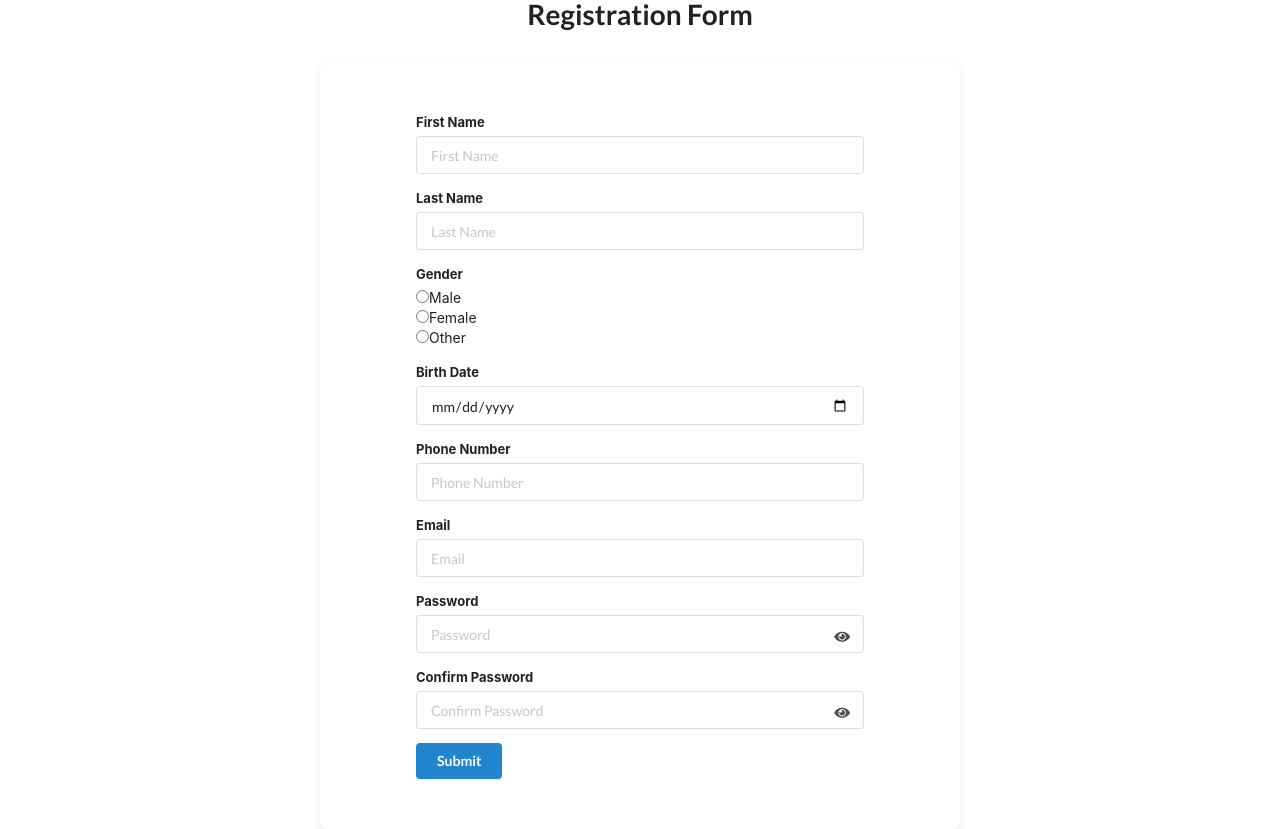
Repository: Wahid137/registration-form
Page: /
These files come from the project's save history. The page is drawn as it stood at one moment and after the next save; the edit follows.
The browser window is 1280 px wide. The pictures show the whole page.
The project was rebuilt for these pictures with package versions that can differ from the ones it lists, and the page was loaded fresh each time. Also part of the build but not shown: src/App.css.

Above is the page before, as saved 2024-05-01 14:07:39.

### src/index.js
import React from 'react';
import ReactDOM from 'react-dom/client';
import 'semantic-ui-css/semantic.min.css';
import App from './App';
import './index.css';
import reportWebVitals from './reportWebVitals';

const root = ReactDOM.createRoot(document.getElementById('root'));
root.render(
  <React.StrictMode>
    <App />
  </React.StrictMode>
);

// If you want to start measuring performance in your app, pass a function
// to log results (for example: reportWebVitals(console.log))
// or send to an analytics endpoint. Learn more: https://bit.ly/CRA-vitals
reportWebVitals();

### src/App.js
import { Header } from 'semantic-ui-react';
import './App.css';
import Register from './components/Register';

function App() {
  return (
    <div className="App">
      <Header as='h1' textAlign='center'>
        Registration Form
      </Header>
      <Register />
    </div>
  );
}

export default App;

### src/components/Register.js
import Joi from "joi";
import moment from "moment";
import React, { useState } from "react";
import { useForm } from "react-hook-form";
import { Button, Container, Form, FormField, Icon } from "semantic-ui-react";

const Register = () => {
    const [showPassword, setShowPassword] = useState(false); // State to toggle password visibility
    const [showConfirmPassword, setShowConfirmPassword] = useState(false); // State to toggle confirm password visibility
    const togglePasswordVisibility = () => setShowPassword(!showPassword);
    const toggleConfirmPasswordVisibility = () => setShowConfirmPassword(!showConfirmPassword);

    // Initialize React Hook Form
    const { register, handleSubmit, formState: { errors }, reset, watch } = useForm();
    const password = watch("password", "");

    // State to hold errors
    const [formErrors, setFormErrors] = useState({});

    // Calculate the minimum birth date (18 years ago from today)
    const minBirthDate = moment().subtract(18, "years").format("YYYY-MM-DD");
    const nameRegex = /^[A-Za-z\s]+$/;
    const phoneRegex = /^[0-9]{10}$/;
    const passwordRegex = /^(?=.*[a-z])(?=.*[A-Z])(?=.*\d)[a-zA-Z\d]{3,30}$/;

    // Joi schema for validation
    const schema = Joi.object({
        firstName: Joi.string().min(2).max(20).pattern(nameRegex).required().messages({
            "string.base": "First name must be a string",
            "string.empty": "Please enter your first name",
            "string.min": "First name must have at least {#limit} characters",
            "string.max": "First name cannot exceed {#limit} characters",
            "string.pattern.base": "First name must contain only alphabets and spaces",
            "any.required": "First name is required",
        }),
        lastName: Joi.string().min(2).max(20).pattern(nameRegex).required().messages({
            "string.base": "Last name must be a string",
            "string.empty": "Please enter your last name",
            "string.min": "Last name must have at least {#limit} characters",
            "string.max": "Last name cannot exceed {#limit} characters",
            "string.pattern.base": "Last name must contain only alphabets and spaces",
            "any.required": "Last name is required",
        }),
        gender: Joi.string().valid('male', 'female', 'other').required().messages({
            "any.required": "Gender is required",
            "any.only": "Please select a valid gender",
        }),
        birthDate: Joi.date()
            .max(minBirthDate) // Set the maximum allowed birth date
            .required()
            .messages({
                "date.base": "Please enter a valid date",
                "date.max": "You must be at least 18 years old",
                "any.required": "Birth date is required",
            }),
        phoneNumber: Joi.string().pattern(phoneRegex).required().messages({
            "string.base": "Phone number must be a string",
            "string.empty": "Please enter your phone number",
            "string.pattern.base": "Phone number must be exactly 10 digits",
            "any.required": "Phone number is required",
        }),
        email: Joi.string().email({ tlds: { allow: false } }).required().messages({
            "string.base": "Email must be a string",
            "string.empty": "Please enter your email",
            "string.email": "Please enter a valid email address",
            "any.required": "Email is required",
        }),
        password: Joi.string().pattern(passwordRegex).required().messages({
            "string.base": "Password must be a string",
            "string.empty": "Please enter your password",
            "string.pattern.base": "Password must be 3 to 30 characters long and contain at least one lowercase letter, one uppercase letter, and one digit",
            "any.required": "Password is required",
        }),
        confirmPassword: Joi.string().valid(password).required().messages({
            "any.required": "Confirm password is required",
            "any.only": "Passwords do not match",

        }),
    });

    const getPasswordErrorMessage = (value) => {
        if (value.length < 3 || value.length > 30) {
            return "Password must be 3 to 30 characters long";
        }
        if (!/[a-z]/.test(value)) {
            return "Password must contain at least one lowercase letter";
        }
        if (!/[A-Z]/.test(value)) {
            return "Password must contain at least one uppercase letter";
        }
        if (!/[0-9]/.test(value)) {
            return "Password must contain at least one digit";
        }
        return "";
    };

    const onSubmit = (data) => {
        // Validate using Joi schema
        const { error } = schema.validate(data, { abortEarly: false });
        if (error) {
            const errorMessage = {};
            error.details.forEach((detail) => {
                errorMessage[detail.path[0]] = detail.message;
            });
            // Additional password validation based on input
            if (data.password) {
                errorMessage.password = getPasswordErrorMessage(data.password);
            }
            setFormErrors(errorMessage); // Set errors in component state
            return; // Exit early if there are errors
        }
        console.log(data);
        reset(); // Reset the form after successful submission
        setFormErrors({}); // Clear all errors after successful submission
    };

    return (
        <Container
            style={{
                marginTop: "30px",
                display: "flex",
                width: "50%",
                justifyContent: "center",
                paddingTop: "50px",
                paddingBottom: "50px",
                boxShadow: "0 4px 8px rgba(0,0,0,0.1)", // Add shadow effect
                borderRadius: "8px", // Add border radius for rounded corners
            }}
        >
            <Form style={{ width: "70%" }} onSubmit={handleSubmit(onSubmit)}>
                <div style={{ marginBottom: "1rem" }}>
                    <FormField error={formErrors.firstName !== undefined}>
                        <label>First Name</label>
                        <input
                            placeholder="First Name"
                            {...register("firstName")}
                            className={formErrors.firstName ? "error" : ""}
                        />
                        {formErrors.firstName && (
                            <div className="ui pointing red basic label">
                                {formErrors.firstName}
                            </div>
                        )}
                    </FormField>
                </div>
                <div style={{ marginBottom: "1rem" }}>
                    <FormField error={formErrors.lastName !== undefined}>
                        <label>Last Name</label>
                        <input
                            placeholder="Last Name"
                            {...register("lastName")}
                            className={formErrors.lastName ? "error" : ""}
                        />
                        {formErrors.lastName && (
                            <div className="ui pointing red basic label">
                                {formErrors.lastName}
                            </div>
                        )}
                    </FormField>
                </div>
                <div style={{ marginBottom: "1rem" }}>
                    <FormField>
                        <label>Gender</label>
                        <div>
                            <input type="radio" id="male" {...register("gender")} value="male" />
                            <label htmlFor="male">Male</label>
                        </div>
                        <div>
                            <input type="radio" id="female" {...register("gender")} value="female" />
                            <label htmlFor="female">Female</label>
                        </div>
                        <div>
                            <input type="radio" id="other" {...register("gender")} value="other" />
                            <label htmlFor="other">Other</label>
                        </div>
                        {formErrors.gender && (
                            <div className="ui pointing red basic label">
                                {formErrors.gender}
                            </div>
                        )}
                    </FormField>
                </div>
                <div style={{ marginBottom: "1rem" }}>
                    <FormField error={formErrors.birthDate !== undefined}>
                        <label>Birth Date</label>
                        <input
                            type="date"
                            name="birthDate"
                            {...register("birthDate")}
                            className={formErrors.birthDate ? "error" : ""}
                        />
                        {formErrors.birthDate && (
                            <div className="ui pointing red basic label">
                                {formErrors.birthDate}
                            </div>
                        )}
                    </FormField>
                </div>
                <div style={{ marginBottom: "1rem" }}>
                    <FormField error={formErrors.phoneNumber !== undefined}>
                        <label>Phone Number</label>
                        <input
                            placeholder="Phone Number"
                            {...register("phoneNumber")}
                            className={formErrors.phoneNumber ? "error" : ""}
                        />
                        {formErrors.phoneNumber && (
                            <div className="ui pointing red basic label">
                                {formErrors.phoneNumber}
                            </div>
                        )}
                    </FormField>
                </div>
                {/* <div style={{ marginBottom: "1rem" }}>
                    <FormField error={formErrors.country !== undefined}>
                        <label>Select Country</label>
                        <Select {...register("country")} placeholder="Select Your Country" options={countryOptions} />
                    </FormField>
                </div> */}
                <div style={{ marginBottom: "1rem" }}>
                    <FormField error={formErrors.email !== undefined}>
                        <label>Email</label>
                        <input
                            placeholder="Email"
                            {...register("email")}
                            className={formErrors.email ? "error" : ""}
                        />
                        {formErrors.email && (
                            <div className="ui pointing red basic label">
                                {formErrors.email}
                            </div>
                        )}
                    </FormField>
                </div>
                <div style={{ marginBottom: "1rem" }}>
                    <FormField error={formErrors.password !== undefined}>
                        <label>Password</label>
                        <div className="ui input">
                            <input
                                type={showPassword ? "text" : "password"}
                                placeholder="Password"
                                {...register("password")}
                                className={formErrors.password ? "error" : ""}
                            />
                            <Icon
                                name={showPassword ? "eye slash" : "eye"}
                                link
                                onClick={togglePasswordVisibility}
                                style={{ cursor: "pointer", position: "absolute", right: "10px", top: "50%", transform: "translateY(-50%)" }}
                            />
                        </div>
                        {formErrors.password && (
                            <div className="ui pointing red basic label">
                                {formErrors.password}
                            </div>
                        )}
                    </FormField>
                </div>
                <div style={{ marginBottom: "1rem" }}>
                    <FormField error={formErrors.confirmPassword !== undefined}>
                        <label>Confirm Password</label>
                        <div className="ui input">
                            <input
                                type={showConfirmPassword ? "text" : "password"}
                                placeholder="Confirm Password"
                                {...register("confirmPassword")}
                                className={formErrors.confirmPassword ? "error" : ""}
                            />
                            <Icon
                                name={showConfirmPassword ? "eye slash" : "eye"}
                                link
                                onClick={toggleConfirmPasswordVisibility}
                                style={{ cursor: "pointer", position: "absolute", right: "10px", top: "50%", transform: "translateY(-50%)" }}
                            />
                        </div>
                        {formErrors.confirmPassword && (
                            <div className="ui pointing red basic label">
                                {formErrors.confirmPassword}
                            </div>
                        )}
                    </FormField>
                </div>
                <Button type="submit" color="blue">
                    Submit
                </Button>
            </Form>
        </Container>
    );
};

export default Register;

Loaded but not shown: public/index.html (common file); src/index.css (common file); src/reportWebVitals.js (common file)

After the next save:
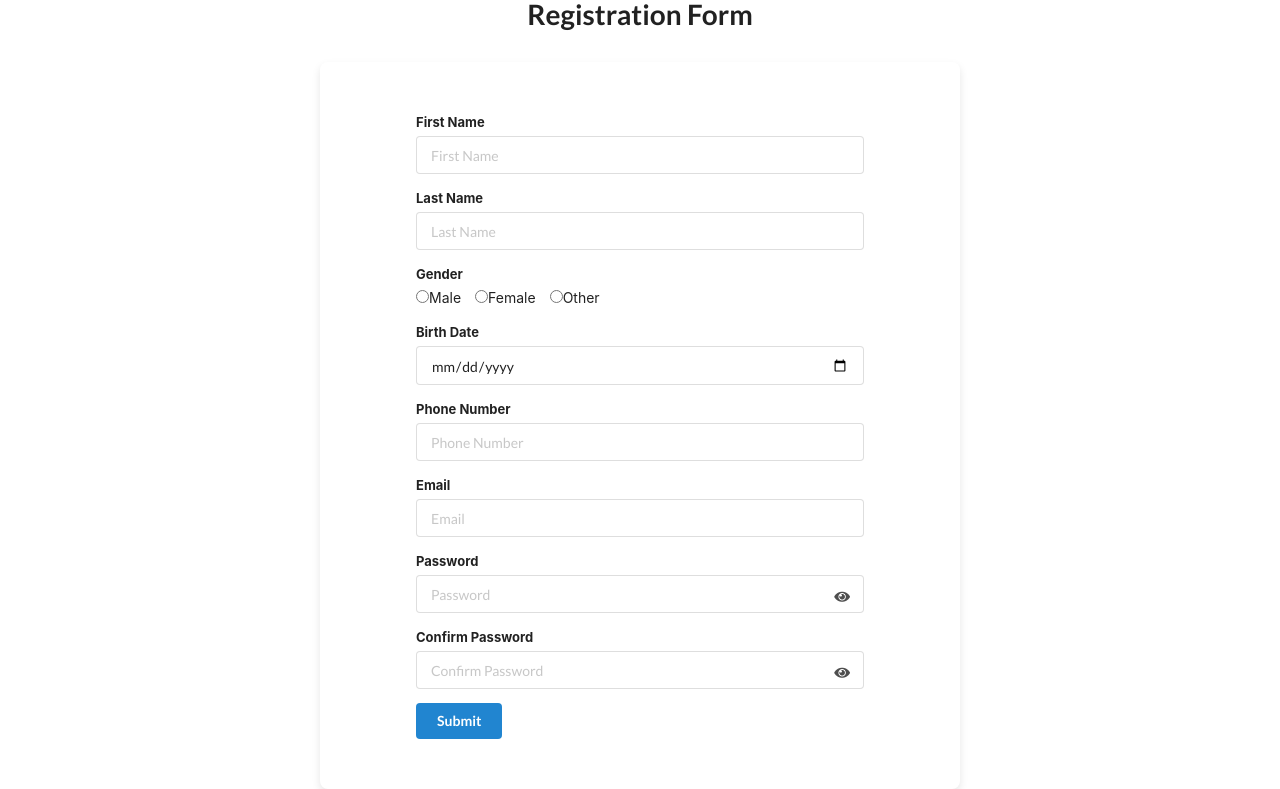
Saved 88 s later.
--- a/src/components/Register.js
+++ b/src/components/Register.js
@@ -161,18 +161,21 @@ const Register = () => {
                 <div style={{ marginBottom: "1rem" }}>
                     <FormField>
                         <label>Gender</label>
-                        <div>
-                            <input type="radio" id="male" {...register("gender")} value="male" />
-                            <label htmlFor="male">Male</label>
+                        <div style={{ display: "flex", flexDirection: "row" }}>
+                            <div style={{ marginRight: "1rem" }}>
+                                <input type="radio" id="male" {...register("gender")} value="male" />
+                                <label htmlFor="male">Male</label>
+                            </div>
+                            <div style={{ marginRight: "1rem" }}>
+                                <input type="radio" id="female" {...register("gender")} value="female" />
+                                <label htmlFor="female">Female</label>
+                            </div>
+                            <div>
+                                <input type="radio" id="other" {...register("gender")} value="other" />
+                                <label htmlFor="other">Other</label>
+                            </div>
                         </div>
-                        <div>
-                            <input type="radio" id="female" {...register("gender")} value="female" />
-                            <label htmlFor="female">Female</label>
-                        </div>
-                        <div>
-                            <input type="radio" id="other" {...register("gender")} value="other" />
-                            <label htmlFor="other">Other</label>
-                        </div>
+
                         {formErrors.gender && (
                             <div className="ui pointing red basic label">
                                 {formErrors.gender}
